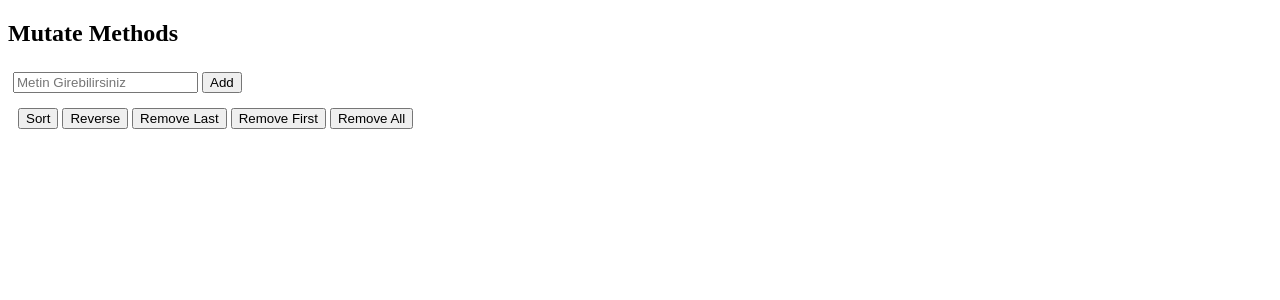
Repository: GorkemTurhan89/jsTutorial
Page: day13/51-b-practice.html
The author's editor kept a copy of each file at every save. The page is drawn from the files as they stood at one save, then again after a run of saves.
The browser window is 1280 px wide. The pictures show the whole page.

Above is the page before, as saved 2024-06-20 22:26:31.

After the next 3 saves:
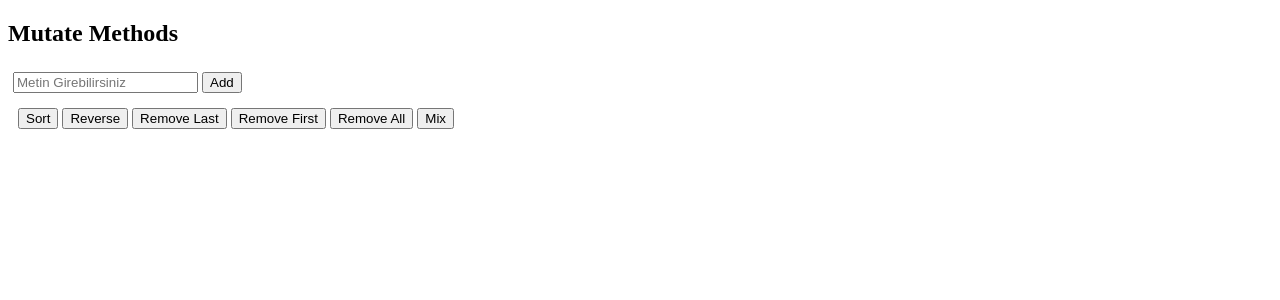
The 3 saves are shown as one change because they came seconds apart.
The last was saved 10 s later.
--- a/day13/51-b-practice.html
+++ b/day13/51-b-practice.html
@@ -29,7 +29,7 @@
         <button id="RemoveLast">Remove Last</button>
         <button id="RemoveFirst">Remove First</button>
         <button id="RemoveAll">Remove All</button>
-
+        <button id="Mix">Mix</button>
     </div>
 
 </body>
